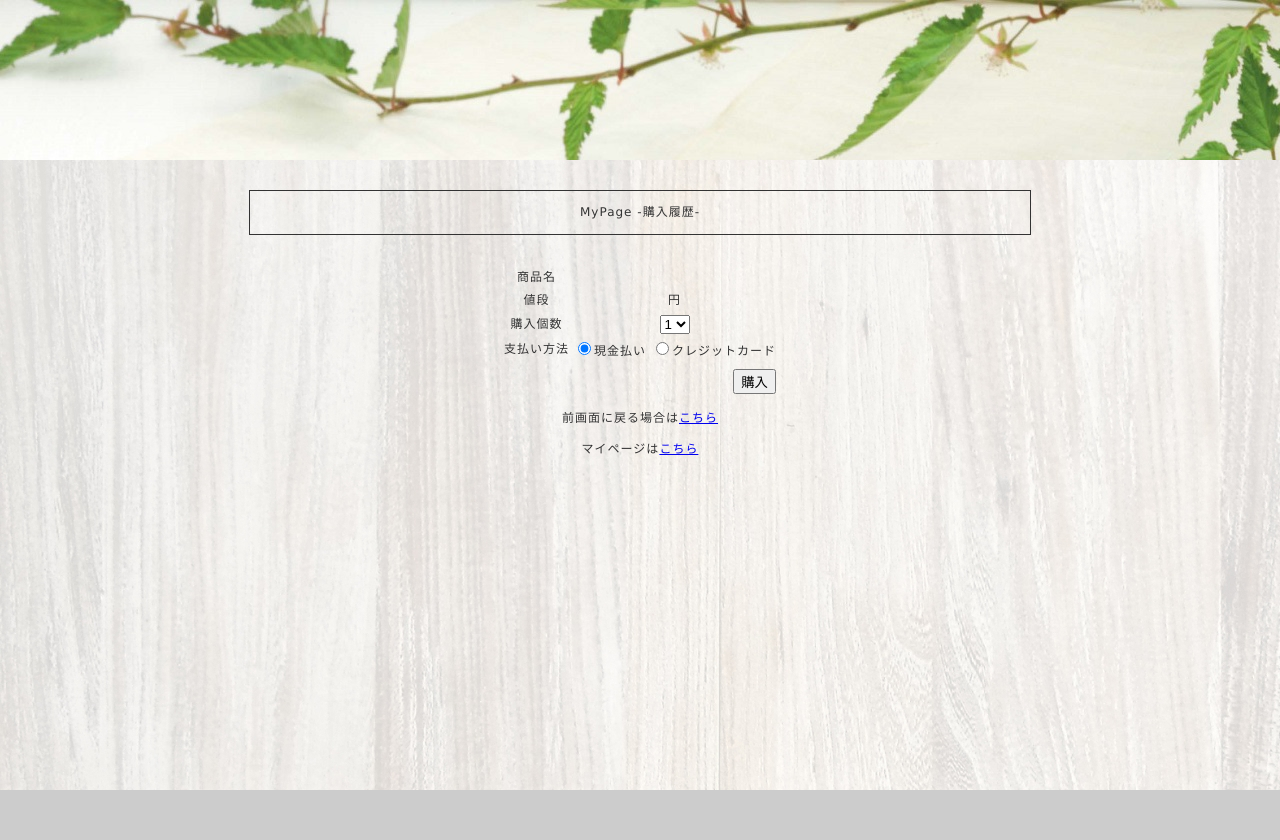
Repository: hiranatsu/ECtest
Page: http://localhost/myecsite01/myPage.jsp
The author's editor kept a copy of each file at every save. The page is drawn from the files as they stood at one save, then again after the next save.
The browser window is 1280 px wide. The pictures show the whole page.
The page is served by Tomcat 9. Other server files are loaded and not shown.

Above is the page before, as saved 2018-09-20 02:43:14.

### myecsite01/WebContent/myPage.jsp
<%@ page language="java" contentType="text/html; charset=UTF-8"
    pageEncoding="UTF-8"%>
<%@ taglib prefix="s" uri="/struts-tags" %>
<!DOCTYPE html>
<html>
<head>

	<meta http-equiv="Content-Type" content="text/html; charset=UTF-8"/>
	<meta http-equiv="Content-Style-Type" content="text/css"/>
	<meta http-equiv="Content-Script-Type" content="text/javascript"/>
	<meta http-equiv="itemtoolbar" content="no"/>
	<meta name="description" content=""/>
	<meta name="keywords" content=""/>
	<title>BuyItem画面</title>

	<style type="text/css">
	body{
	margin:0;
	padding:0;
	line-height:1.6;
	letter-spacing:1px;
	font-family:Verdana,Helvetica,sans-serif;
	font-size:12px;
	color:#333;
	background-image:url("haikei1.jpg");
	}

	table{
	text-align:center;
	margin: 0 auto;
	}

	#top{
	width:780px;
	margin:30px auto;
	border:1px solid #333;
	}

	#header{
	height:100px;
	padding:30px;
	background-image:url("ocha.jpg");
	background size:cover;
	text-align:center;
	}

	#main{
	width:100%;
	height:600px;
	text-align:center;
	}
	#footer{
	width:100%;
	height:50px;
	background-color:#CCCCCC;
	clear:both;
	}
	</style>

</head>
<body>
	<div id="header">
		<div id="pr"></div>
	</div>
	<div id="main">
		<div id="top">
			<p>MyPage -購入履歴-</p>
		</div>
		<div>
			<s:form action="BuyItemAction">
			<table>
				<tr>
					<td><span>商品名</span></td>
					<td><s:property value="session.buyItem_name"/><br></td>
				</tr>
				<tr>
					<td><span>値段</span></td>
					<td><s:property value="session.buyItem_price"/><span>円</span></td>
				</tr>
				<tr>
					<td><span>購入個数</span></td>
					<td>
						<select name="count">
							<option value="1" selected="selected">1</option>
							<option value="2">2</option>
							<option value="3">3</option>
							<option value="4">4</option>
							<option value="5">5</option>
						</select>
					</td>
				</tr>
				<tr>
					<td><span>支払い方法</span></td>
					<td>
						<input type="radio" name="pay" value="1" checked="checked">現金払い
						<input type="radio" name="pay" value="2">クレジットカード
					</td>
				</tr>
				<tr>
					<td><s:submit value="購入"/></td>
				</tr>
			</table>
			</s:form>
			<div>
				<p>前画面に戻る場合は<a href='<s:url action="GoHomeAction"/>'>こちら</a></p>
				<p>マイページは<a href='<s:url action="MyPageAction"/>'>こちら</a></p>
			</div>
		</div>
	</div>
	<div id="footer">
		<div id="pr"></div>
	</div>

</body>
</html>

After the next save:
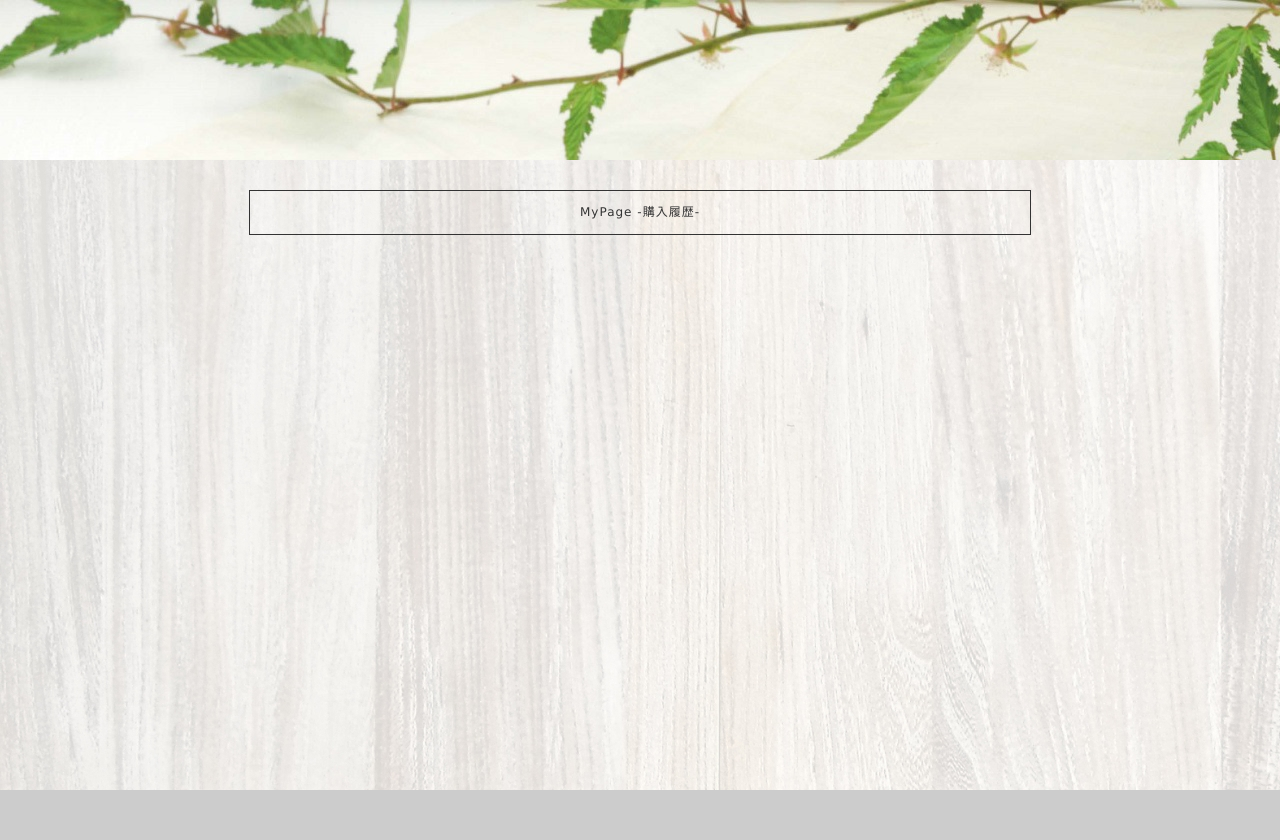
Saved 23 s later.
--- a/myecsite01/WebContent/myPage.jsp
+++ b/myecsite01/WebContent/myPage.jsp
@@ -11,7 +11,7 @@
 	<meta http-equiv="itemtoolbar" content="no"/>
 	<meta name="description" content=""/>
 	<meta name="keywords" content=""/>
-	<title>BuyItem画面</title>
+	<title>MyPage画面</title>
 
 	<style type="text/css">
 	body{
@@ -66,46 +66,7 @@
 		<div id="top">
 			<p>MyPage -購入履歴-</p>
 		</div>
-		<div>
-			<s:form action="BuyItemAction">
-			<table>
-				<tr>
-					<td><span>商品名</span></td>
-					<td><s:property value="session.buyItem_name"/><br></td>
-				</tr>
-				<tr>
-					<td><span>値段</span></td>
-					<td><s:property value="session.buyItem_price"/><span>円</span></td>
-				</tr>
-				<tr>
-					<td><span>購入個数</span></td>
-					<td>
-						<select name="count">
-							<option value="1" selected="selected">1</option>
-							<option value="2">2</option>
-							<option value="3">3</option>
-							<option value="4">4</option>
-							<option value="5">5</option>
-						</select>
-					</td>
-				</tr>
-				<tr>
-					<td><span>支払い方法</span></td>
-					<td>
-						<input type="radio" name="pay" value="1" checked="checked">現金払い
-						<input type="radio" name="pay" value="2">クレジットカード
-					</td>
-				</tr>
-				<tr>
-					<td><s:submit value="購入"/></td>
-				</tr>
-			</table>
-			</s:form>
-			<div>
-				<p>前画面に戻る場合は<a href='<s:url action="GoHomeAction"/>'>こちら</a></p>
-				<p>マイページは<a href='<s:url action="MyPageAction"/>'>こちら</a></p>
-			</div>
-		</div>
+
 	</div>
 	<div id="footer">
 		<div id="pr"></div>
